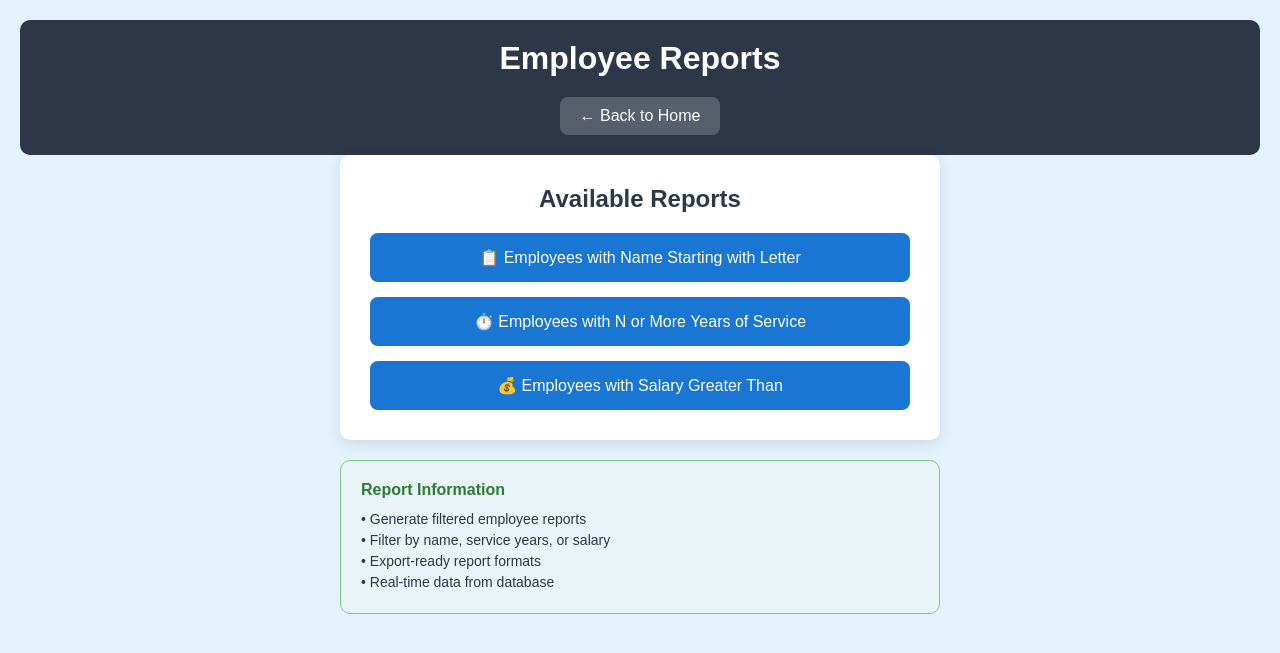
Repository: sweekrithishetty28/Employee_Salary_Management
Page: http://localhost/EmployeeWebApp/reports.jsp
These files come from the project's save history. The page is drawn as it stood at one moment and after the next save; the edit follows.
The browser window is 1280 px wide. The pictures show the whole page.
The page is served by Tomcat 9.

Above is the page before, as saved 2025-05-28 05:52:21.

After the next save:
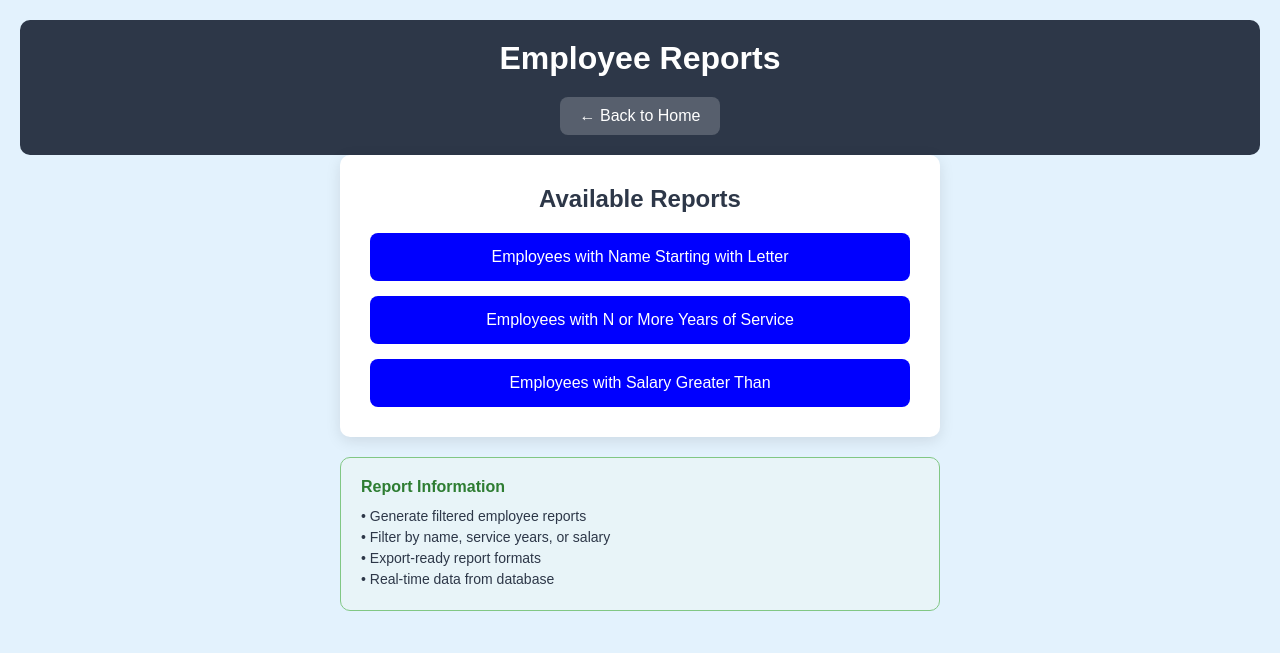
Saved 3 min 36 s later.
--- a/Employee Salary Mangement/EmployeeWebApp/src/main/webapp/reports.jsp
+++ b/Employee Salary Mangement/EmployeeWebApp/src/main/webapp/reports.jsp
@@ -39,7 +39,7 @@ h2 {
 }
 .report-link {
     display: block;
-    background: #1976d2;
+    background: blue;
     color: white;
     text-decoration: none;
     padding: 15px 20px;
@@ -101,15 +101,15 @@ h2 {
             <h2>Available Reports</h2>
 
             <a href="report_form.jsp?action=NameFilter" class="report-link">
-                📋 Employees with Name Starting with Letter
+                 Employees with Name Starting with Letter
             </a>
 
             <a href="report_form.jsp?action=ServiceFilter" class="report-link">
-                ⏱️ Employees with N or More Years of Service
+                Employees with N or More Years of Service
             </a>
 
             <a href="report_form.jsp?action=SalaryFilter" class="report-link">
-                💰 Employees with Salary Greater Than
+                 Employees with Salary Greater Than
             </a>
         </div>
 
